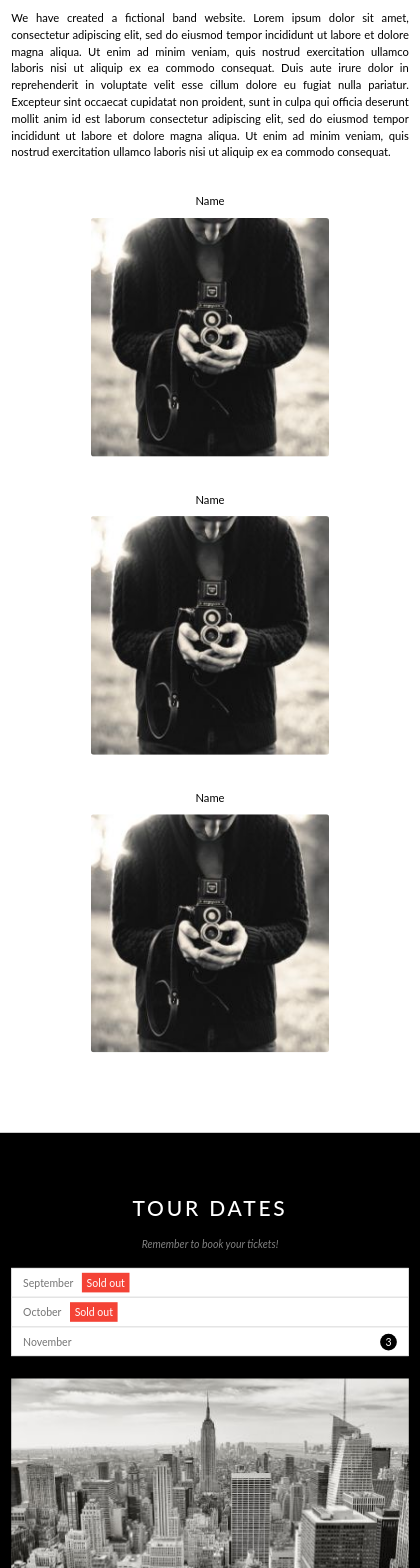
Repository: tatvanhco/web-dau-tay
Page: index.html
An editor plug-in stored every save of this project. The page is shown before and after the next save, followed by the edit.
The browser window is 600 px wide. The pictures show the part of the page from y = 525 to 2765 px (the page is 5448 px tall before and 4330 px after), at 70% of full size.

Above is the page before, as saved 2022-01-24 22:10:54.

### index.html
<!DOCTYPE html>
<html lang="en">
<head>
    <meta charset="UTF-8">
    <!-- <meta http-equiv="X-UA-Compatible" content="IE=edge"> -->
    <meta name="viewport" content="width=device-width, initial-scale=1.0">
    <title>the band</title>
    <link rel="shortcut icon" href="./assets/img/band/logo.png" type="image/x-icon">
    <link rel="stylesheet" href="./assets/fronts/themify-icons/themify-icons.css">
    <link rel="stylesheet" href="./assets/css/style.css">
    <link rel="stylesheet" href="./assets/css/responsive.css">
</head>
<body>
    <div id="main">
        <div id="header">
            <ul id="nav">
                <li><a href="#">home</a></li>
                <li><a href="#band">band</a></li>
                <li><a href="#tour">tour</a></li>
                <li><a href="#contact">contact</a></li>
                <li>
                    <a href="#">more
                        <i class="drop-down ti-angle-down"></i>
                    </a>
                    <div class="subnav">
                        <ul>
                            <li><a href="#">Merchandise</a></li>
                            <li><a href="#">Extras</a></li>
                            <li><a href="#">Media</a></li>
                        </ul>
                    </div>
                </li>
            </ul>
            <div class="search-btn">
                <i class="search-icon ti-search"></i>
            </div>

            <div id="mobile-menu" class="menu-mobile">
                <i class="menu-icon ti-menu"></i>
            </div>
        </div>
        <div id="slide">
            <div class="text-content">
                <h2 class="text-heading">Chicago</h2>
                <div class="text-desc">Thank you, Chicago - A night we won't forget.</div>
            </div>
        </div>
        <div id="content">
            <div id="band" class="content-section">
                <h2 class="section-heading">THE BAND</h2>
                <p class="section-sub-heading">We love music</p>
                <p class="about">
                    We have created a fictional band website. Lorem ipsum dolor sit amet, consectetur adipiscing elit, sed do eiusmod tempor incididunt ut labore et dolore magna aliqua. Ut enim ad minim veniam, quis nostrud exercitation ullamco laboris nisi ut aliquip ex ea commodo consequat. Duis aute irure dolor in reprehenderit in voluptate velit esse cillum dolore eu fugiat nulla pariatur. Excepteur sint occaecat cupidatat non proident, sunt in culpa qui officia deserunt mollit anim id est laborum consectetur adipiscing elit, sed do eiusmod tempor incididunt ut labore et dolore magna aliqua. Ut enim ad minim veniam, quis nostrud exercitation ullamco laboris nisi ut aliquip ex ea commodo consequat.
                </p>
                <div class="row team">
                    <div class="team-item col col-3 text-center">
                        <p class="team-name">Name</p>
                        <img src="./assets/img/band/member.jpg" class="team-img">
                    </div>

                    <div class="team-item col col-3 text-center">
                        <p class="team-name">Name</p>
                        <img src="./assets/img/band/member.jpg" class="team-img">
                    </div>

                    <div class="team-item col col-3 text-center">
                        <p class="team-name">Name</p>
                        <img src="./assets/img/band/member.jpg" class="team-img">
                    </div>
                </div>
            </div>

            <div id="tour" class="tour-section">
                <div class="content-section">
                    <h2 class="text-white section-heading">TOUR DATES</h2>
                    <p class="text-white section-sub-heading">Remember to book your tickets!</p>
                    <ul class="ticket-list">
                        <li>September<span class="soldout">Sold out</span></li>
                        <li>October<span class="soldout">Sold out</span></li>
                        <li>November<span class="quatity">3</span></li>
                    </ul>
                    <div class="row place-list">
                        <div class="col col-3 s-col-full mt-16">
                            <img src="./assets/img/places/place1.jpg" class="place-img">
                            <div class="place-body">
                                <h3 class="place-heading">New York</h3>
                                <p class="place-time">Fri 27 Nov 2016</p>
                                <p class="place-desc">Praesent tincidunt sed tellus ut rutrum sed vitae justo.</p>
                                <button class="btn js-buy-ticket">Buy Tickets</button>
                            </div>
                        </div>
                        <div class="col col-3 s-col-full mt-16">
                            <img src="./assets/img/places/place2.jpg" class="place-img">
                            <div class="place-body">
                                <h3 class="place-heading">Paris</h3>
                                <p class="place-time">Sat 28 Nov 2016</p>
                                <p class="place-desc">Praesent tincidunt sed tellus ut rutrum sed vitae justo.</p>
                                <button class="btn js-buy-ticket">Buy Tickets</button>
                            </div>
                        </div>
                        <div class="col col-3 s-col-full mt-16">
                            <img src="./assets/img/places/place3.jpg" class="place-img">
                            <div class="place-body">
                                <h3 class="place-heading">San Francisco</h3>
                                <p class="place-time">Sun 29 Nov 2016</p>
                                <p class="place-desc">Praesent tincidunt sed tellus ut rutrum sed vitae justo.</p>
                                <button class="btn js-buy-ticket">Buy Tickets</button>
                            </div>
                        </div>
                    </div>
                </div>
            </div>

            <div id="contact" class="content-section">
                <h2 class="section-heading">CONTACT</h2>
                <p class="section-sub-heading">Fan? Drop a note!</p>
                <div class="row contact-content">
                    <div class="col col-2 contact-info">
                        <p><i class="ti-location-pin"></i>Chicago, US</p>
                        <p><i class="ti-mobile"></i>Phone: +00 151515</p>
                        <p><i class="ti-email"></i>Email: mail@mail.com</p>
                    </div>
                    <div class="col col-2 contact-form">
                        <form action="">
                            <div class="row">
                                <div class="col col-2">
                                    <input type="text" placeholder="Name" required class="form-control">
                                </div>
                                <div class="col col-2">
                                    <input type="email" placeholder="Email" required class="form-control">
                                </div>
                            </div>
                            <div class="row mt-8">
                                <div class="col col-full">
                                    <input type="text" placeholder="Message" required class="form-control">
                                </div>
                            </div>
                            <input class="btn pull-right mt-16" type="submit" value="SEND">
                        </form>
                    </div>
                </div>
            </div>

            <div class="map-section">
                <img src="./assets/img/places/map.jpg" alt="map">
            </div>
        </div>

        <div id="footer">
            <div class="end-list">
                <a href=""><i class="ti-facebook"></i></a>
                <a href=""><i class="ti-instagram"></i></a>
                <a href=""><i class="ti-github"></i></a>
                <a href=""><i class="ti-pinterest"></i></a>
                <a href=""><i class="ti-twitter-alt"></i></a>
                <a href=""><i class="ti-linkedin"></i></a>
            </div>
            <p class="copy-right">Powered by <a href="https://www.w3schools.com/w3css/default.asp">W3.css</a></p>
        </div>
    </div>

    <div class="modal js-modal">
        <div class="modal-container js-modal-container">
            <header class="modal-header">
                <i class="ti-bag"></i>
                Tickets
            </header>
            <div class="close-btn js-modal-close">
                <i class="ti-close"></i>
            </div>
            <div class="modal-body">
                <label for="how-many" class="modal-label">
                    <i class="ti-shopping-cart"></i>
                    Tickets, $15 per person
                </label>
                <input type="text" placeholder="How many?" required id="how-many" class="modal-input">

                <label for="enter-email" class="modal-label">
                    <i class="ti-user"></i>
                    Send To
                </label>
                <input type="email" placeholder="Enter email" required id="enter-email" class="modal-input">

                <button class="buy-titkets">
                    Pay <i class="ti-check"></i>
                </button>
            </div>
            <footer class="modal-footer">
                <p class="modal-help">Need <a href="#">help?</a> </p>
            </footer>
        </div>
    </div>

    <script>
        const buyBtns = document.querySelectorAll('.js-buy-ticket')
        const modal = document.querySelector('.js-modal')
        const modalContainer = document.querySelector('.js-modal-container')
        const modalClose = document.querySelector('.js-modal-close')

        // hàm hiển thị modal mua vé (thêm class open vào modal)
        function showBuytickets() {
            modal.classList.add('open')
        }

        // hàm ẩn modal mua vé (xóa class open ra khỏi modal)
        function hidenBuytickets() {
            modal.classList.remove('open')
        }

        // lặp qua từng thẻ button và lắng nghe hành vi click
        for (const buyBtn of buyBtns) {
            buyBtn.addEventListener('click', showBuytickets)
        }

        // nghe hành vi click  vào button close
        modalClose.addEventListener('click', hidenBuytickets)

        modal.addEventListener('click', hidenBuytickets)

        modalContainer.addEventListener('click', function (event) {
            event.stopPropagation()
        })
    </script>

    <script>
        var header = document.getElementById('header');
        var mobileMenu = document.getElementById('mobile-menu');
        var headerHeight = header.clientHeight;

        //  đóng mở menu mobile
        mobileMenu.onclick = function () {
            var isClose = header.clientHeight === headerHeight;
            if (isClose) {
                header.style.height = 'auto';
            }else {
                header.style.height = null;
            }
        }

        // tự động đóng khi chọn menu
        var menuItems = document.querySelectorAll('#nav li a[href*="#"]');

        for (var i = 0; i < menuItems.length; i++) {
           var menuItem = menuItems[i];

           menuItem.onclick = function(event) {
                var isParentMenu = this.nextElementSibling && this.nextElementSibling.classList.contains('subnav');
                if (isParentMenu){
                    event.preventDefault();
                }else {
                    header.style.height = null;
                }
           }
        }
    </script>
</body>
</html>

### assets/css/style.css
/* reset trang */
* {
    margin: 0;
    padding: 0;
    box-sizing: border-box;
}

html {
    scroll-behavior: smooth;
    font-family: "Lato", sans-serif;
}
/* dùng chung */
.clear {
    clear: both;
}

.text-white {
    color: #fff !important;
}

.text-center {
    text-align: center;
}

.pull-right {
    float: right !important;
}

.btn {
    color: #fff;
    background-color: #000;
    text-decoration: none;
    padding: 12px 16px;
    margin-top: 15px;
    display: inline-block;
    border: none;
}

.btn:hover {
    color: #000;
    background-color: #ccc;
    cursor: pointer;
}


.row {
    margin-left: -8px;
    margin-right: -8px;
}

.row::after {
    content: "";
    display: block;
    clear: both;
}

.col {
    float: left;
    padding-left: 8px;
    padding-right: 8px;
}

.col-3 {
    width: 33.33333%;
}

.col-2 {
    width: 50%;
}

.col-full {
    width: 100%;
}

.mt-8 {
    margin-top: 8px !important;
}

.mt-16 {
    margin-top: 16px !important;
}
/* css từng thành phần */
#header {
    width: 100%;
    height: 46px;
    background-color: #000;
    position: fixed;
    top: 0;
    left: 0;
    right: 0;
    z-index: 1;
}

#header .menu-mobile {
    position: absolute;
    top: 0;
    right: 0;
    display: none;
}

#header .menu-mobile,
#header .search-btn {
    float: right;
    padding: 0 22px;
}

#header .search-btn:hover {
    cursor: pointer;
    background-color: #f44336;
}

#header .menu-mobile:hover {
    background-color: #ccc;
}

#header .menu-mobile:hover .menu-icon {
    color: #000;
}

#header .menu-icon,
#header .search-icon {
    color: #fff;
    font-size: 20px;
    line-height: 46px;
}

#nav {
    display: inline-block;
}

#nav > li {
    display: inline-block;
}

#nav li {
    position: relative;
    list-style-type: none;
}

#nav > li > a {
    color: #fff;
    text-transform: uppercase;
}

#nav li a {
    text-decoration: none;
    padding: 0 24px;
    line-height: 46px;
    display: block;

}

#nav li:hover .subnav {
    display: block;
}

#nav .subnav li:hover a,
#nav > li:hover > a {
    background-color: #ccc;
    color: #000;
}

#nav .subnav {
    display: none;
    min-width: 160px;
    position: absolute;
    top: 100%;
    left: 0;
    background-color: #fff;
    box-shadow: 0 0 10px rgba(0, 0, 0, 0.3);
}

#nav .subnav a {
    color: #000;
    padding: 0px 24px;
    line-height: 38px;
}

#slide {
    position: relative;
    margin-top: 46px;
    padding-top: 50%;
    background: url(/assets/img/slider/chicago.jpg) top center / cover no-repeat;
}

#slide .text-content {
    color: #fff;
    position: absolute;
    bottom: 47px;
    /* cách canh giữa
    left: 50%;
    transform: translateX(-50%); */
    width: 100%;
    text-align: center;
}

#slide .text-heading {
    font-weight: 500;
    font-size: 24px;
}

#slide .text-desc {
    font-weight: 600;
    margin-top: 25px;
    font-size: 15px;
}

#content {

}

#content .content-section {
    width: 800px;
    max-width: 100%;
    margin-left: auto;
    margin-right: auto;
    padding: 64px 0 112px;
    padding-left: 16px;
    padding-right: 16px;
}

#content .section-heading,
#content .section-sub-heading {
    text-align: center;
    margin: 25px 0;
}

#content .section-heading {
    font-size: 30px;
    font-weight: 500;
    letter-spacing: 4px;
}

#content .section-sub-heading {
    font-size: 15px;
    opacity: 0.5;
    font-style: italic;
}

#content .about {
    text-align: justify;
    line-height: 1.5;
}

#content .team {
    margin-top: 48px;
}

#content .team-name {
    margin: 15px 0;
}

#content .team-img {
    width: 60%;
    border-radius: 4px;
    text-align: center;
}

.tour-section {
    background-color: #000;
}

.ticket-list {
    background-color: #fff;
}

.ticket-list li {
    color: #757575;
    list-style-type: none;
    font-size: 15px;
    border: 1px solid #ddd;
    padding: 11px 16px;
}

.ticket-list .soldout {
    color: #fff;
    margin-left: 12px;
    padding: 5px 7px;
    background-color: #f44336;
}

.ticket-list .quatity {
    float: right;
    width: 24px;
    height: 24px;
    border-radius: 50%;
    background-color: #000;
    color: #fff;
    text-align: center;
    line-height: 24px;
    margin-top: -2px;
}

.place-list {
    margin-top: 16px;
}

.place-img {
    width: 100%;
    display: block;
}

.place-img:hover {
    opacity: 0.6;
}

.place-body {
    background-color: #fff;
    padding: 16px;
    font-size: 15px;
}

.place-heading {
    font-size: 15px;
    font-weight: 600;
}

.place-time {
    color: #757575;
    margin-top: 15px;
}

.place-desc {
    margin-top: 15px;
}

/* contact-form */
.contact-content {
    margin-top: 48px;

}

.contact-info {
    font-size: 18px;
    line-height: 1.5;
}

.contact-info i[class*="ti-"] {
    width: 30px;
    display: inline-block;
}

.contact-form {
    font-size: 15px;
}

.contact-form .form-control {
    padding: 10px;
    border: 1px solid #ccc;
    width: 100%;
}

.map-section img {
    width: 100%;
    filter: grayscale(50%);
}

#footer {
    padding: 64px 16px;
    text-align: center;
}

#footer .end-list {
    font-size: 24px;
}

#footer .end-list a {
    text-decoration: none;
    color: rgba(0, 0, 0, 0.6);
}

#footer .end-list a:hover {
    color: rgba(0, 0, 0, 0.8);
}

#footer .copy-right {
    font-size: 15px;
    margin: 20px;
    color: rgba(0, 0, 0, 0.6);
}

#footer .copy-right a {
    color: rgba(0, 0, 0, 0.6);
}

.modal {
    position: fixed;
    top: 0;
    bottom: 0;
    left: 0;
    right: 0;
    background-color: rgba(0, 0, 0, 0.4);
    align-items: center;
    justify-content: center;
    display: none;
}

.modal.open {
    display: flex;
}

header.modal-header {
    color: #fff;
    background-color: #009688;
    height: 130px;
    text-align: center;
    line-height: 130px;
    font-size: 30px;
    letter-spacing: 4px;
}

.modal-container {
    position: relative;
    background-color: #fff;
    width: 900px;
    min-height: 200px;
    max-width: calc(100% - 32px);
    animation: modalFadeIn ease 0.3s;
}

.close-btn {
    position: absolute;
    top: 0;
    right: 0;
    font-size: 20px;
    padding: 12px;
    cursor: pointer;
}

.close-btn:hover {
    background-color: #ccc;
    color: #000;
}

.modal-body {
    padding: 16px;
}

label.modal-label {
    display: block;
    font-size: 15px;
    margin-bottom: 12px;
}

input.modal-input {
    width: 100%;
    padding: 8px;
    border: 1px solid #ccc;
    margin-bottom: 24px;
}

button.buy-titkets {
    width: 100%;
    padding: 16px;
    background-color: #009688;
    border: none;
    font-size: 15px;
    font-weight: 00;
    color: #fff;
    cursor: pointer;
    text-transform: uppercase;
}

button.buy-titkets:hover {
    background-color: #ccc;
    color: #000;
}

p.modal-help {
    text-align: right;
    padding: 16px;
    font-size: 15px;
}

.modal-help a {
    color: #2196F3;
}

@keyframes modalFadeIn {
    from {
        transform: translateY(-140px);
    }
    to {
        transform: translateY(0);
    }
}

### assets/css/responsive.css
/*  giao diện PC */
@media (max-width: 1024px) {

}

/* giao diện tablet */
@media (min-width: 720px) and (max-width: 1024px) {

}

/* giao diện mobile */
@media (max-width: 723px) {
    .s-col-full {
        width: 100%;
    }

    #nav {
        display: block;
    }

    #nav li a {
        padding: 1px 24px;
    }

    #nav > li {
        display: block;
    }

    #nav .subnav {
        position: initial;
        background-color: #333;
    }

    #nav .subnav a {
        color: #fff;
        padding: 5px 35px;
    }

    #nav > li:first-child {
        display: inline-block;
    }

    #header {
        overflow: hidden;
    }

    #header .menu-mobile {
        display: block;
    }

    #header .search-btn {
        display: none;
    }

    #content .team-item {
        margin-top: 33px;
        width: 100%;
    }

    #content .team {
        margin-top: 0;
    }

    #content .team-img {
        width: 60%;
    }
}

Loaded but not shown: assets/fronts/themify-icons/themify-icons.css (common file)

After the next save:
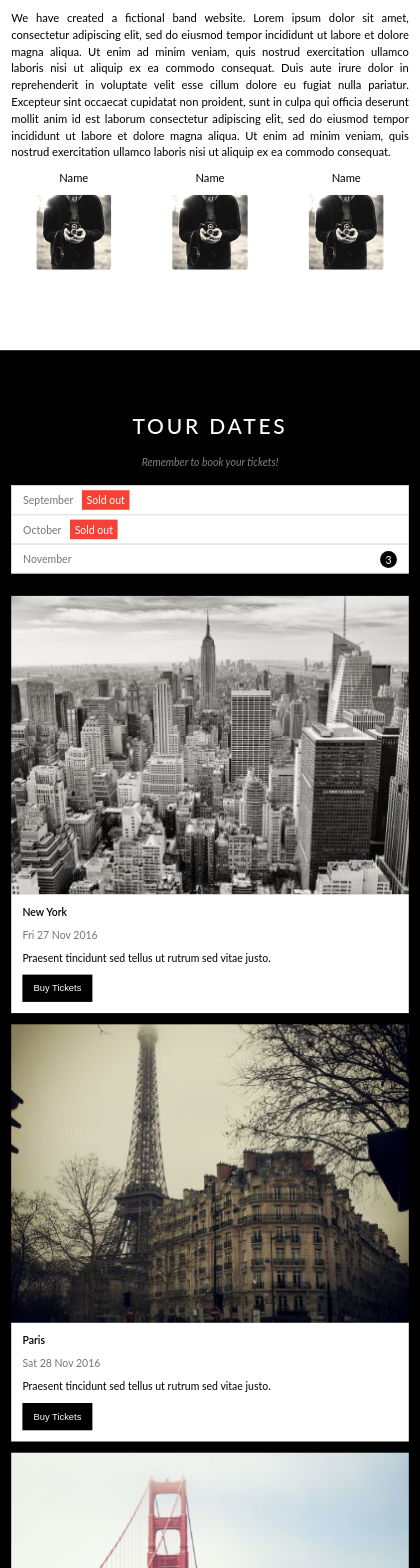
Saved 52 s later.
--- a/assets/css/responsive.css
+++ b/assets/css/responsive.css
@@ -52,11 +52,6 @@
         display: none;
     }
 
-    #content .team-item {
-        margin-top: 33px;
-        width: 100%;
-    }
-
     #content .team {
         margin-top: 0;
     }
